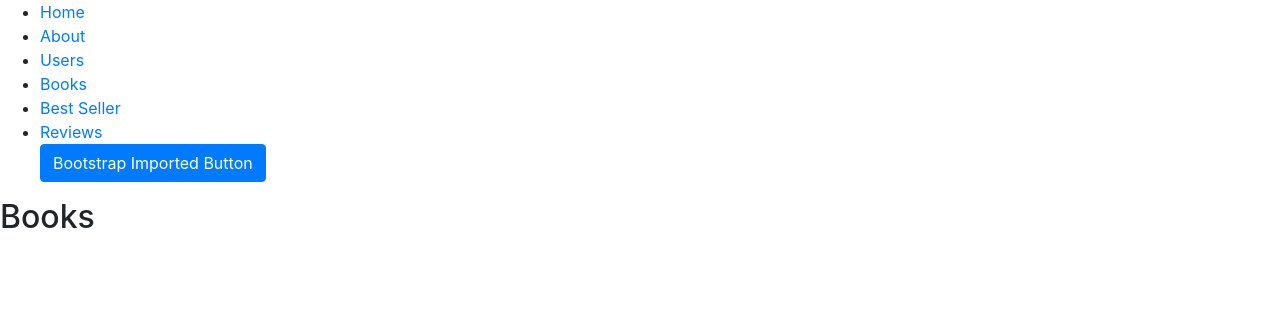
Repository: ebo-arcadia/enjoyou
Page: /books
An editor plug-in stored every save of this project. The page is shown before and after the next save, followed by the edit.
The browser window is 1280 px wide. The pictures show the whole page.
The project was rebuilt for these pictures with package versions that can differ from the ones it lists, and the page was loaded fresh each time. Also part of the build but not shown: src/App.css.

Above is the page before, as saved 2021-04-19 14:17:21.

### src/App.js
import React from "react";
import './App.css';
import 'bootstrap/dist/css/bootstrap.min.css';
import Button from 'react-bootstrap/Button';
import { BrowserRouter as Router, Switch, Route, Link } from "react-router-dom";

export default function App() {
  return (
    <Router>
      <div>
        <nav>
          <ul>
            <li> <Link to="/">Home</Link> </li>
            <li> <Link to="/about">About</Link> </li>
            <li> <Link to="/users">Users</Link> </li>
            <li> <Link to="/books">Books</Link> </li>
            <li> <Link to="/bestseller">Best Seller</Link> </li>
            <li> <Link to="/reviews">Reviews</Link> </li>
            <Button>Bootstrap Imported Button</Button>
          </ul>
        </nav>

        {/* A <Switch> looks through its children <Route>s and
            renders the first one that matches the current URL. */}
        <Switch>
          <Route path="/bestseller"><Bestseller /></Route>
          <Route path="/reviews"><Reviews /></Route>
          <Route path="/books"><Books /></Route>
          <Route path="/about"><About /></Route>
          <Route path="/users"><Users /></Route>
          <Route path="/"><Home /></Route>
        </Switch>
      </div>
    </Router>

  );
}

function Home()        { return <h2>Home</h2> }
function About()       { return <h2>About</h2> }
function Users()       { return <h2>Users</h2> }
function Books()       { return <h2>Books</h2> }
function Bestseller()  { return <h2>Best Seller</h2> }
function Reviews()     { return <h2>Reviews</h2> }

Loaded but not shown: public/index.html (common file); src/index.js (common file); src/index.css (common file); src/reportWebVitals.js (common file)

After the next save:
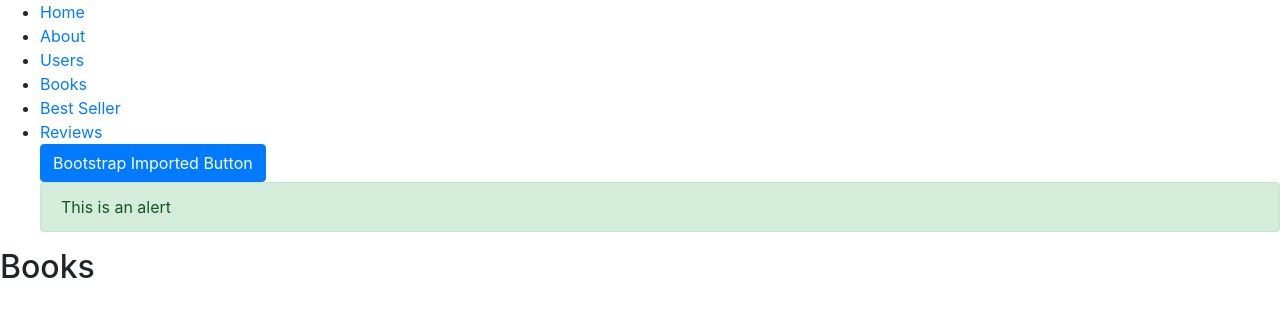
Saved 29 min 36 s later.
--- a/src/App.js
+++ b/src/App.js
@@ -1,7 +1,7 @@
 import React from "react";
 import './App.css';
 import 'bootstrap/dist/css/bootstrap.min.css';
-import Button from 'react-bootstrap/Button';
+import { Button, Alert } from 'react-bootstrap';
 import { BrowserRouter as Router, Switch, Route, Link } from "react-router-dom";
 
 export default function App() {
@@ -17,6 +17,7 @@ export default function App() {
             <li> <Link to="/bestseller">Best Seller</Link> </li>
             <li> <Link to="/reviews">Reviews</Link> </li>
             <Button>Bootstrap Imported Button</Button>
+            <Alert variant="success">This is an alert</Alert>
           </ul>
         </nav>
 
